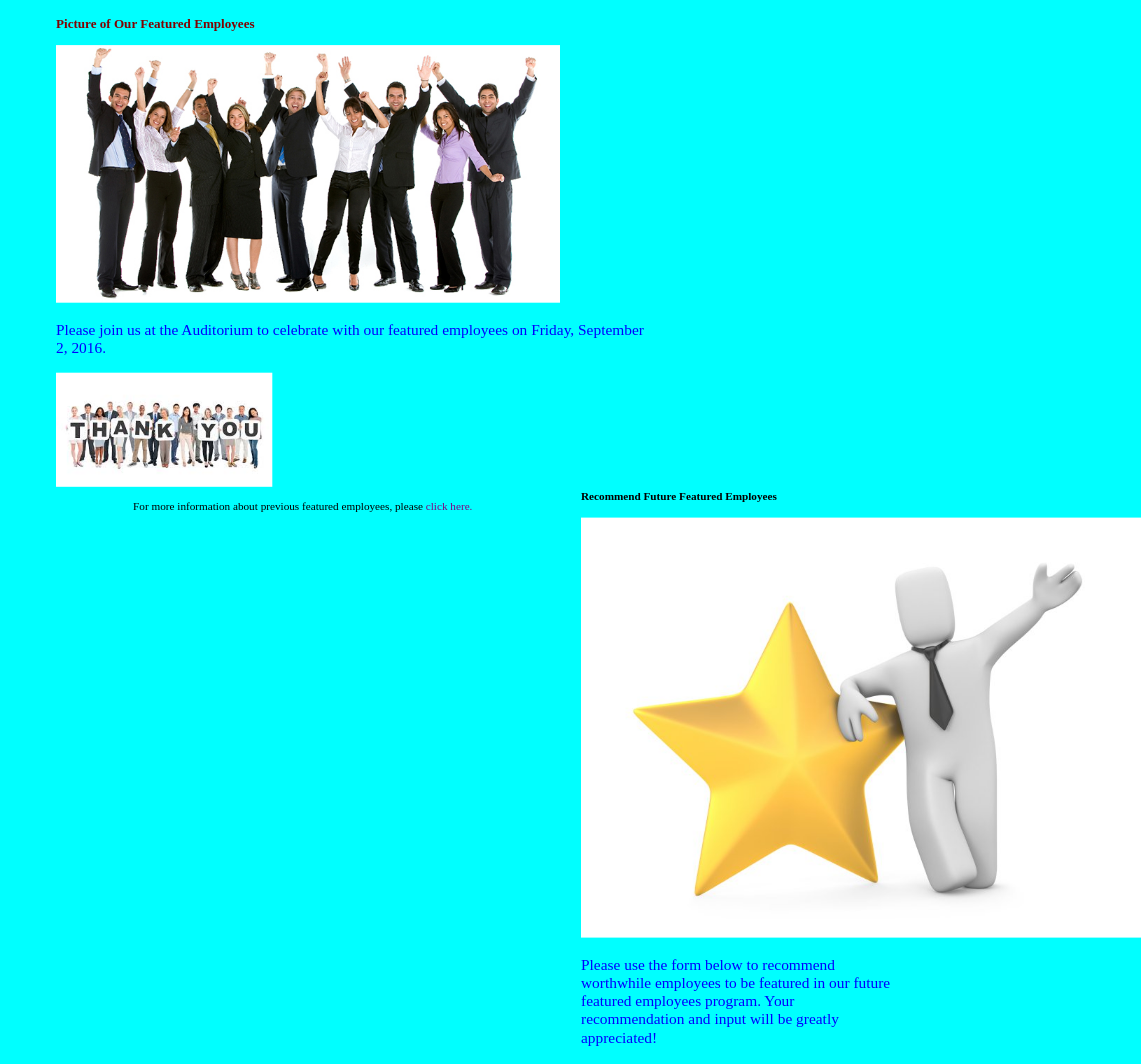
Repository: myjavaweb2/Week5JDBCAssignments
Page: myweek4project/src/main/webapp/index.html
These files come from the project's save history. The page is drawn as it stood at one moment and after the next save; the edit follows.
The browser window is 1280 px wide. The page is 1630 px wide, then 1330 px, so the pictures cover 1630 px, including what lies to the right of the window. The pictures show the part of the page from y = 1178 to 2698 px (the page is 2698 px tall before and 2473 px after), at 70% of full size.

Above is the page before, as saved 2016-08-26 17:43:07.

After the next save:
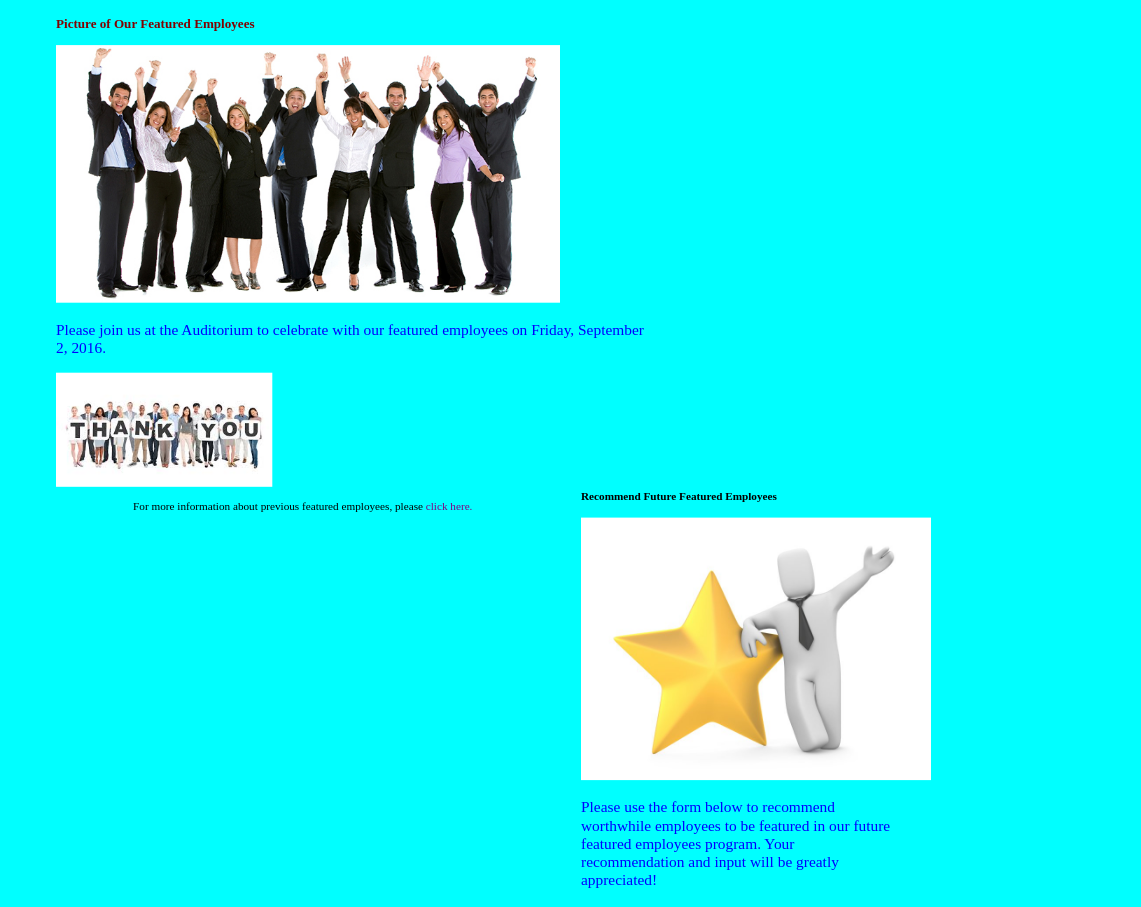
Saved 5 min 38 s later.
--- a/myweek4project/src/main/webapp/index.html
+++ b/myweek4project/src/main/webapp/index.html
@@ -134,7 +134,7 @@ on Friday, September 2, 2016.</p>
 <aside>
 <h4>Recommend Future Featured Employees</h4>
 
-<img alt="Employee Pride" src="images/employee_pride.jpg">
+<img alt="Employee Pride" src="images/employee_pride.jpg" width="500px">
 
 <p>Please use the form below to recommend worthwhile employees to be featured
 in our future featured employees program. Your recommendation and input will
